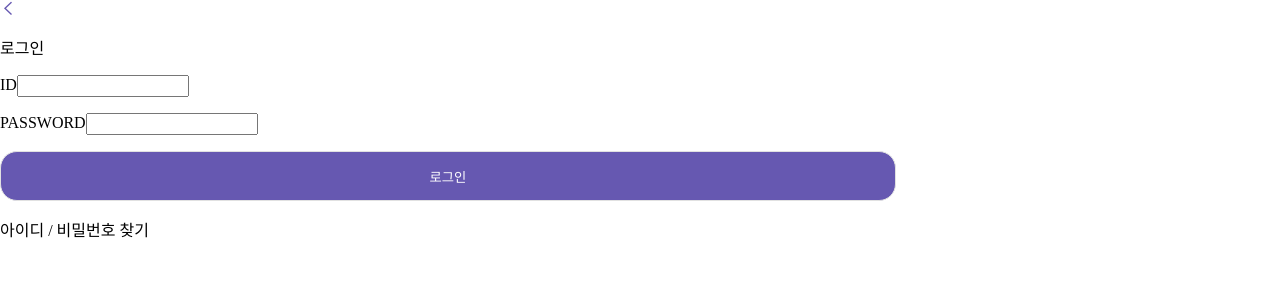
Repository: PEPI-dev/UI
Page: login/login.html
An editor plug-in stored every save of this project. The page is shown before and after the next save, followed by the edit.
The browser window is 1280 px wide. The pictures show the whole page.
Some web fonts or font styles are not loaded; a fallback is used.

Above is the page before, as saved 2023-12-05 14:44:43.

After the next save:
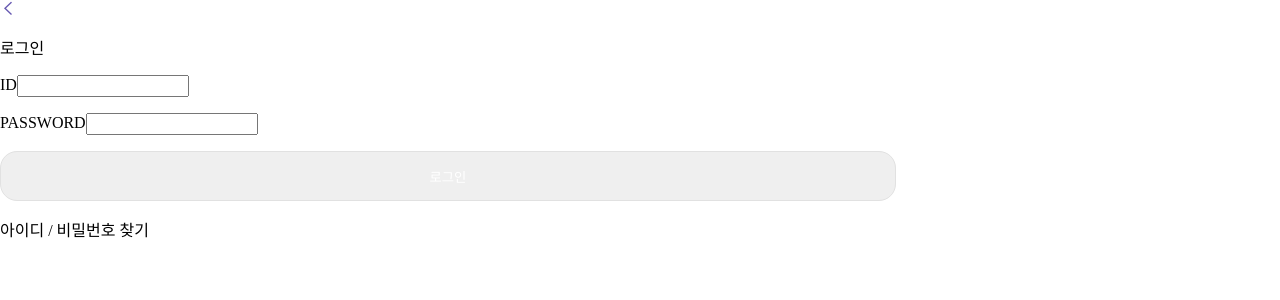
Saved 40 s later.
--- a/login/log.css
+++ b/login/log.css
@@ -72,7 +72,7 @@ header{
 }
 
 #login {
-    background-color: #6658B1;
+    background-color: pur;
     color: white;
     border: 1px solid #E1E1E1;
     font-family: 'main_font';

After the save that followed:
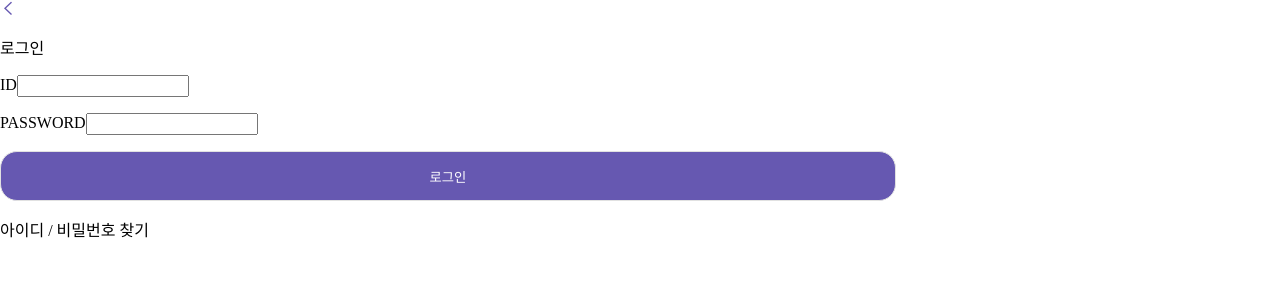
Saved 4 s later.
--- a/login/log.css
+++ b/login/log.css
@@ -72,7 +72,7 @@ header{
 }
 
 #login {
-    background-color: pur;
+    background-color: #6658B1;
     color: white;
     border: 1px solid #E1E1E1;
     font-family: 'main_font';
